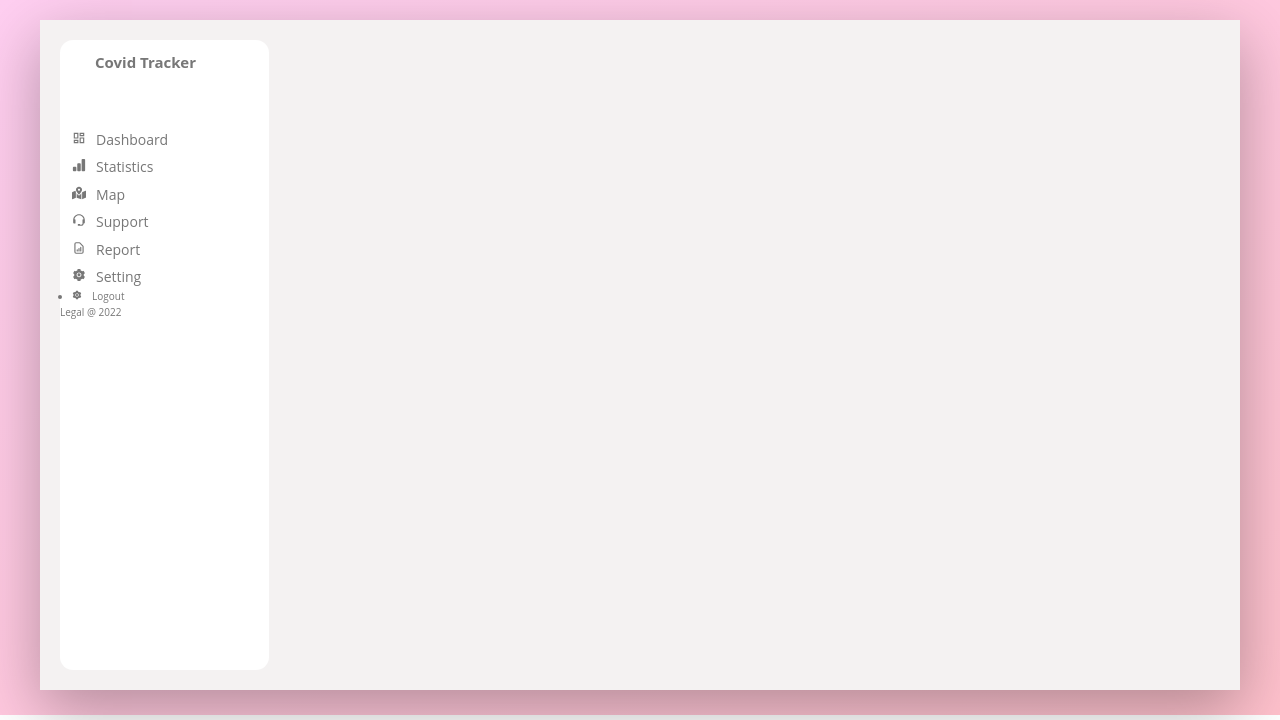
Repository: okidijimmy200/CovidAdminTracker
Page: /
These files come from the project's save history. The page is drawn as it stood at one moment and after a run of saves; the edit follows.
The browser window is 1280 px wide. The pictures show the whole page.
The project was rebuilt for these pictures with package versions that can differ from the ones it lists, and the page was loaded fresh each time.

Above is the page before, as saved 2022-06-16 12:02:32.

After the next 2 saves:
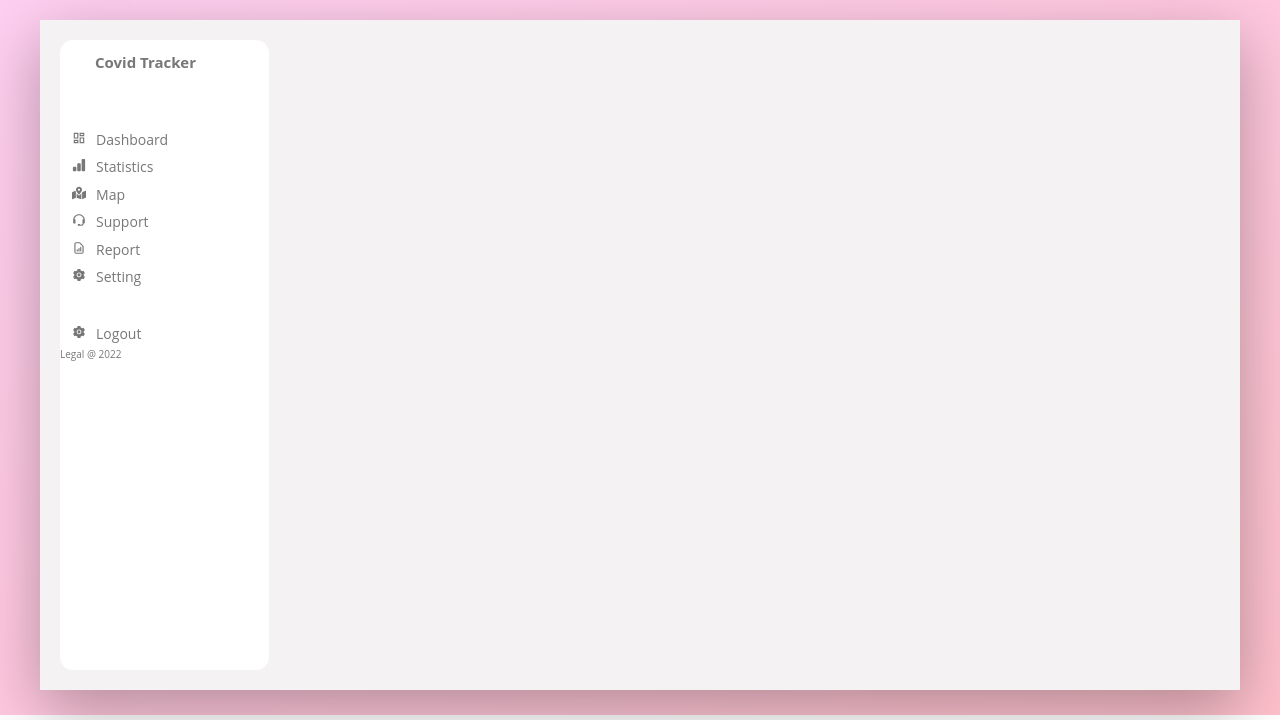
The 2 saves are shown as one change because they came seconds apart.
The last was saved 36 s later.
--- a/src/sidebar/sidebar.tsx
+++ b/src/sidebar/sidebar.tsx
@@ -68,7 +68,7 @@ export default function sidebar() {
         </ul>
             </div>
             <div>
-                <ul>
+                <ul className="side-nav">
                 <li className="side-nav__item">
                 <span className="side-nav__icon">
                         {/* <use xlink:href="img/sprite.svg#icon-map"></use> */}
